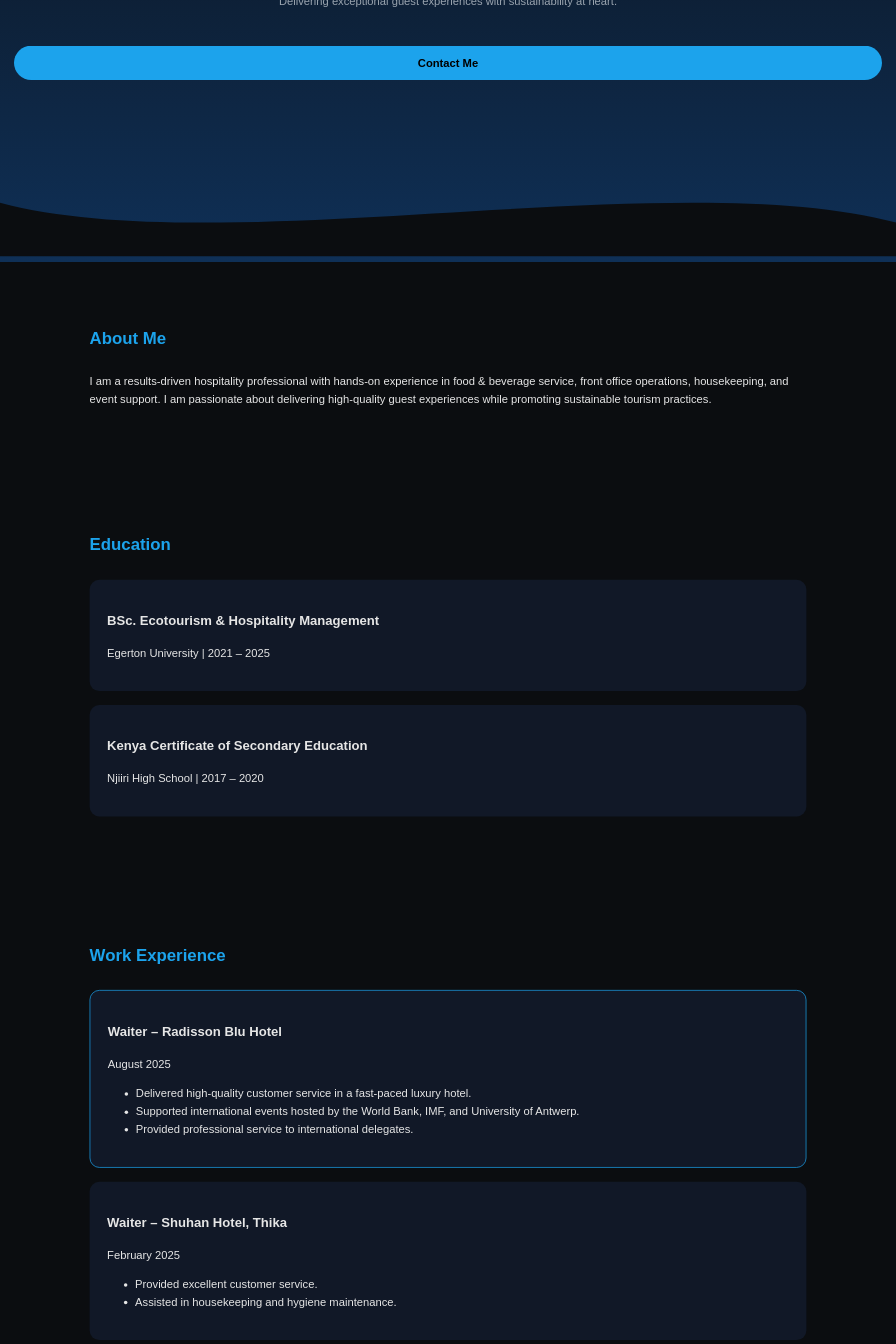
Repository: ladygit-comits/Solomon_Portfolio
Page: index.html
An editor plug-in stored every save of this project. The page is shown before and after the next save, followed by the edit.
The browser window is 1280 px wide. The pictures show the part of the page from y = 536 to 2456 px (the page is 4398 px tall before and 4358 px after), at 70% of full size.

Above is the page before, as saved 2025-12-31 13:43:23.

### index.html
<!DOCTYPE html>
<html lang="en">
<head>
  <meta charset="UTF-8">
  <title>Solomon Njiiri Kung’u | Hospitality Management</title>
  <link rel="icon" href="images/solomon-favicon.png" type="image/png">
  <link rel="apple-touch-icon" sizes="180x180" href="images/solomon-favicon.png">
  <link rel="stylesheet" href="style.css">
</head>
<body>
<!-- NAVBAR -->
<header class="navbar">
  <div class="logo">
    <img src="images/solomon-favicon.png" alt="Solomon Logo" class="logo-img">
    Solomon Njiiri Kung’u
  </div>
  <nav>
    <a href="#about">About</a>
    <a href="#education">Education</a>
    <a href="#experience">Experience</a>
    <a href="#skills">Skills</a>
    <a href="#volunteering">Volunteering</a>
    <a href="#contact">Contact</a>
  </nav>
</header>

 <section class="hero">
  <h1>Solomon Njiiri Kung’u</h1>
  <p class="subtitle">Ecotourism & Hospitality Management Graduate</p>
  <p class="tagline">
    Delivering exceptional guest experiences with sustainability at heart.
  </p>
  <a href="#contact" class="btn">Contact Me</a>

  <!-- SVG Wave at the bottom -->
  <svg class="hero-wave" viewBox="0 0 1440 150" xmlns="http://www.w3.org/2000/svg">
    <path fill="#0B0D10" d="M0,64 C360,160 1080,0 1440,96 L1440,150 L0,150 Z"></path>
  </svg>
</section>


  <!-- ABOUT -->
  <section id="about" class="section">
    <h2>About Me</h2>
    <p>
      I am a results-driven hospitality professional with hands-on experience in
      food & beverage service, front office operations, housekeeping, and event support.
      I am passionate about delivering high-quality guest experiences while promoting
      sustainable tourism practices.
    </p>
  </section>

  <!-- EDUCATION -->
  <section id="education" class="section">
    <h2>Education</h2>
    <div class="card">
      <h3>BSc. Ecotourism & Hospitality Management</h3>
      <p>Egerton University | 2021 – 2025</p>
    </div>
    <div class="card">
      <h3>Kenya Certificate of Secondary Education</h3>
      <p>Njiiri High School | 2017 – 2020</p>
    </div>
  </section>

  <!-- EXPERIENCE -->
  <section id="experience" class="section">
    <h2>Work Experience</h2>

    <div class="card highlight">
      <h3>Waiter – Radisson Blu Hotel</h3>
      <p>August 2025</p>
      <ul>
        <li>Delivered high-quality customer service in a fast-paced luxury hotel.</li>
        <li>Supported international events hosted by the World Bank, IMF, and University of Antwerp.</li>
        <li>Provided professional service to international delegates.</li>
      </ul>
    </div>

    <div class="card">
      <h3>Waiter – Shuhan Hotel, Thika</h3>
      <p>February 2025</p>
      <ul>
        <li>Provided excellent customer service.</li>
        <li>Assisted in housekeeping and hygiene maintenance.</li>
      </ul>
    </div>

    <div class="card">
      <h3>Intern – Hotel Operations</h3>
      <p>May 2024 – August 2024</p>
      <ul>
        <li>Housekeeping & guestroom standards.</li>
        <li>Front office check-ins and reservations.</li>
        <li>Kitchen stewarding and hygiene.</li>
        <li>Food & beverage service.</li>
      </ul>
    </div>
  </section>

  <!-- SKILLS -->
 <section id="skills" class="section">
  <h2>Key Skills</h2>
  <div class="skills">
    <div class="skill">
      <span>Customer Service</span>
      <div class="skill-bar"><div class="skill-fill" style="width: 90%;"></div></div>
    </div>
    <div class="skill">
      <span>Food & Beverage Service</span>
      <div class="skill-bar"><div class="skill-fill" style="width: 85%;"></div></div>
    </div>
    <div class="skill">
      <span>Front Office Operations</span>
      <div class="skill-bar"><div class="skill-fill" style="width: 80%;"></div></div>
    </div>
    <div class="skill">
      <span>Housekeeping Standards</span>
      <div class="skill-bar"><div class="skill-fill" style="width: 85%;"></div></div>
    </div>
    <div class="skill">
      <span>Event Support</span>
      <div class="skill-bar"><div class="skill-fill" style="width: 80%;"></div></div>
    </div>
    <div class="skill">
      <span>Sustainable Tourism</span>
      <div class="skill-bar"><div class="skill-fill" style="width: 75%;"></div></div>
    </div>
  </div>
</section>


  <!-- VOLUNTEERING -->
  <section id="volunteering" class="section">
    <h2>Volunteering</h2>
    <div class="card">
      <h3>Volunteer – KSPCA (Dogtober Festival)</h3>
      <p>October 2024</p>
      <ul>
        <li>Welcomed guests and provided event guidance.</li>
        <li>Assisted with pet handling and guest engagement.</li>
      </ul>
    </div>
  </section>

  <!-- CONTACT -->
  <section class="section contact" id="contact">
    <h2>Contact</h2>
    <p>Email: <a href="mailto:kungunjiiri@gmail.com">kungunjiiri@gmail.com</a></p>
    <p>Phone: 0112619291</p>
  </section>
<script src="script.js"></script>
<button id="scrollTopBtn" title="Go to top">
  <svg xmlns="http://www.w3.org/2000/svg" viewBox="0 0 24 24" width="24" height="24" fill="none" stroke="#000" stroke-width="2" stroke-linecap="round" stroke-linejoin="round">
    <line x1="12" y1="19" x2="12" y2="5"/>
    <polyline points="5 12 12 5 19 12"/>
  </svg>
</button>


</body>
</html>

### style.css
:root {
  --black: #0B0D10;
  --dark-blue: #0F3057;
  --accent-blue: #1CA3EC;
  --text-light: #E6E6E6;
  --muted-gray: #9AA4AF;
}

body {
  margin: 0;
  font-family: "Poppins", sans-serif;
  background: var(--black);
  color: var(--text-light);
  line-height: 1.6;
}
.hero {
  position: relative;
  min-height: 100vh;
  padding: 80px 20px 40px; /* smaller bottom padding for wave */
  text-align: center;
  background: linear-gradient(180deg, #0B0D10, #0F3057);
  display: flex;
  flex-direction: column;
  justify-content: center;
  color: var(--text-light);
}

.hero-wave {
  position: absolute;
  bottom: 0;
  left: 0;
  width: 100%;
  height: 150px;
}


.subtitle {
  color: var(--accent-blue);
  font-weight: 500;
}

.tagline {
  max-width: 600px;
  margin: 20px auto;
  color: var(--muted-gray);
}

.btn {
  display: inline-block;
  margin-top: 30px;
  padding: 12px 28px;
  background: var(--accent-blue);
  color: #000;
  text-decoration: none;
  border-radius: 30px;
  font-weight: 600;
}

.section {
  padding: 70px 10%;
}

.section h2 {
  color: var(--accent-blue);
  margin-bottom: 30px;
}

.card {
  background: #111827;
  padding: 25px;
  border-radius: 14px;
  margin-bottom: 20px;
  transition: transform 0.3s ease, box-shadow 0.3s ease;
}

.card.highlight {
  border: 1px solid var(--accent-blue);
}

.skills span {
  display: inline-block;
  background: #1f2933;
  padding: 10px 16px;
  margin: 8px;
  border-radius: 20px;
  font-size: 0.9rem;
}

.contact a {
  color: var(--accent-blue);
  text-decoration: none;
}

.hero h1, .subtitle, .tagline, .btn {
  transform: translateY(20px);
  opacity: 0;
}

.btn:hover {
  box-shadow: 0 0 20px var(--accent-blue), 0 0 40px var(--accent-blue);
  transform: translateY(-3px);
}

.navbar {
  position: sticky;
  top: 0;
  display: flex;
  justify-content: space-between;
  align-items: center;
  padding: 15px 10%;
  background: rgba(11,13,16,0.95);
  z-index: 1000;
}

.navbar .logo {
  font-weight: 700;
  color: var(--accent-blue);
}

.navbar nav a {
  color: var(--text-light);
  margin-left: 25px;
  text-decoration: none;
  font-weight: 500;
  transition: color 0.3s;
}

.navbar nav a:hover {
  color: var(--accent-blue);
}
#scrollTopBtn {
  position: fixed;
  bottom: 30px;
  right: 30px;
  width: 50px;
  height: 50px;
  border: none;
  border-radius: 50%;
  background-color: var(--accent-blue);
  cursor: pointer;
  display: none;
  align-items: center;
  justify-content: center;
  z-index: 1000;
  box-shadow: 0 4px 12px rgba(28,163,236,0.4);
  transition: transform 0.3s, opacity 0.3s;
  padding: 0;
}

#scrollTopBtn svg {
  width: 24px;
  height: 24px;
  stroke: #000;
}

#scrollTopBtn:hover {
  transform: translateY(-3px);
  opacity: 0.8;
}

.typewriter {
  overflow: hidden;
  border-right: 2px solid var(--accent-blue);
  white-space: nowrap;
  margin: 0 auto;
  letter-spacing: 2px;
  animation: typing 4s steps(60, end), blink 0.7s infinite;
}

@keyframes typing {
  from { width: 0; }
  to { width: 100%; }
}

@keyframes blink {
  50% { border-color: transparent; }
}

.hero::before {
  content: '';
  position: absolute;
  width: 150px;
  height: 150px;
  background: var(--accent-blue);
  border-radius: 50%;
  top: 50px;
  left: 20%;
  opacity: 0.15;
  animation: float 6s ease-in-out infinite alternate;
}

.hero::after {
  content: '';
  position: absolute;
  width: 120px;
  height: 120px;
  background: var(--accent-blue);
  border-radius: 50%;
  top: 200px;
  right: 15%;
  opacity: 0.12;
  animation: float 8s ease-in-out infinite alternate-reverse;
}

@keyframes float {
  0% { transform: translateY(0) translateX(0); }
  50% { transform: translateY(-20px) translateX(15px); }
  100% { transform: translateY(0) translateX(0); }
}
.skills .skill {
  margin-bottom: 15px;
}

.skill-bar {
  background: #1f2933;
  border-radius: 20px;
  overflow: hidden;
  height: 12px;
  margin-top: 5px;
}

.skill-fill {
  background: var(--accent-blue);
  height: 100%;
  width: 0;
  border-radius: 20px;
  transition: width 2s ease-in-out;
}

/* shimmer CTA button */
.btn {
  position: relative;
  overflow: hidden;
}

.btn::after {
  content: '';
  position: absolute;
  top: 0;
  left: -75%;
  width: 50%;
  height: 100%;
  background: linear-gradient(120deg, rgba(255,255,255,0.2), rgba(255,255,255,0.5), rgba(255,255,255,0.2));
  transform: skewX(-25deg);
  transition: all 0.7s;
}

.btn:hover::after {
  left: 125%;
}
.navbar .logo {
  display: flex;
  align-items: center;
  font-weight: 700;
  color: var(--accent-blue);
}

.navbar .logo-img {
  width: 40px;
  height: 40px;
  margin-right: 10px;
}

### script.js
document.addEventListener('DOMContentLoaded', function() {
  const heroElements = document.querySelectorAll('.hero h1, .subtitle, .tagline, .btn');
  heroElements.forEach((el, i) => {
    el.style.opacity = 0;
    setTimeout(() => {
      el.style.transition = 'opacity 1s ease-out, transform 1s ease-out';
      el.style.opacity = 1;
      el.style.transform = 'translateY(0)';
    }, i * 300);
  });

  const cards = document.querySelectorAll('.card');
  cards.forEach(card => {
    card.addEventListener('mouseenter', () => {
      card.style.transform = 'translateY(-10px)';
      card.style.boxShadow = '0 15px 30px rgba(28,163,236,0.3)';
    });
    card.addEventListener('mouseleave', () => {
      card.style.transform = 'translateY(0)';
      card.style.boxShadow = 'none';
    });
  });

  const links = document.querySelectorAll('a[href^="#"]');
  links.forEach(link => {
    link.addEventListener('click', function(e) {
      e.preventDefault();
      document.querySelector(this.getAttribute('href')).scrollIntoView({behavior: 'smooth'});
    });
  });

  const scrollBtn = document.getElementById('scrollTopBtn');
  window.onscroll = function() {
    if (document.body.scrollTop > 300 || document.documentElement.scrollTop > 300) {
      scrollBtn.style.display = "block";
    } else {
      scrollBtn.style.display = "none";
    }
  };
  scrollBtn.addEventListener('click', function() {
    window.scrollTo({top: 0, behavior: 'smooth'});
  });

  const tagline = document.querySelector('.tagline');
  const text = tagline.textContent;
  tagline.textContent = '';
  let i = 0;
  function typeWriter() {
    if (i < text.length) {
      tagline.textContent += text.charAt(i);
      i++;
      setTimeout(typeWriter, 50);
    }
  }
  typeWriter();
});
const skillFills = document.querySelectorAll('.skill-fill');

function animateSkills() {
  const triggerBottom = window.innerHeight - 100;
  skillFills.forEach(skill => {
    const skillTop = skill.getBoundingClientRect().top;
    if(skillTop < triggerBottom) {
      skill.style.width = skill.getAttribute('style').replace('width: ', '');
    }
  });
}

window.addEventListener('scroll', animateSkills);
window.addEventListener('load', animateSkills);

After the next save:
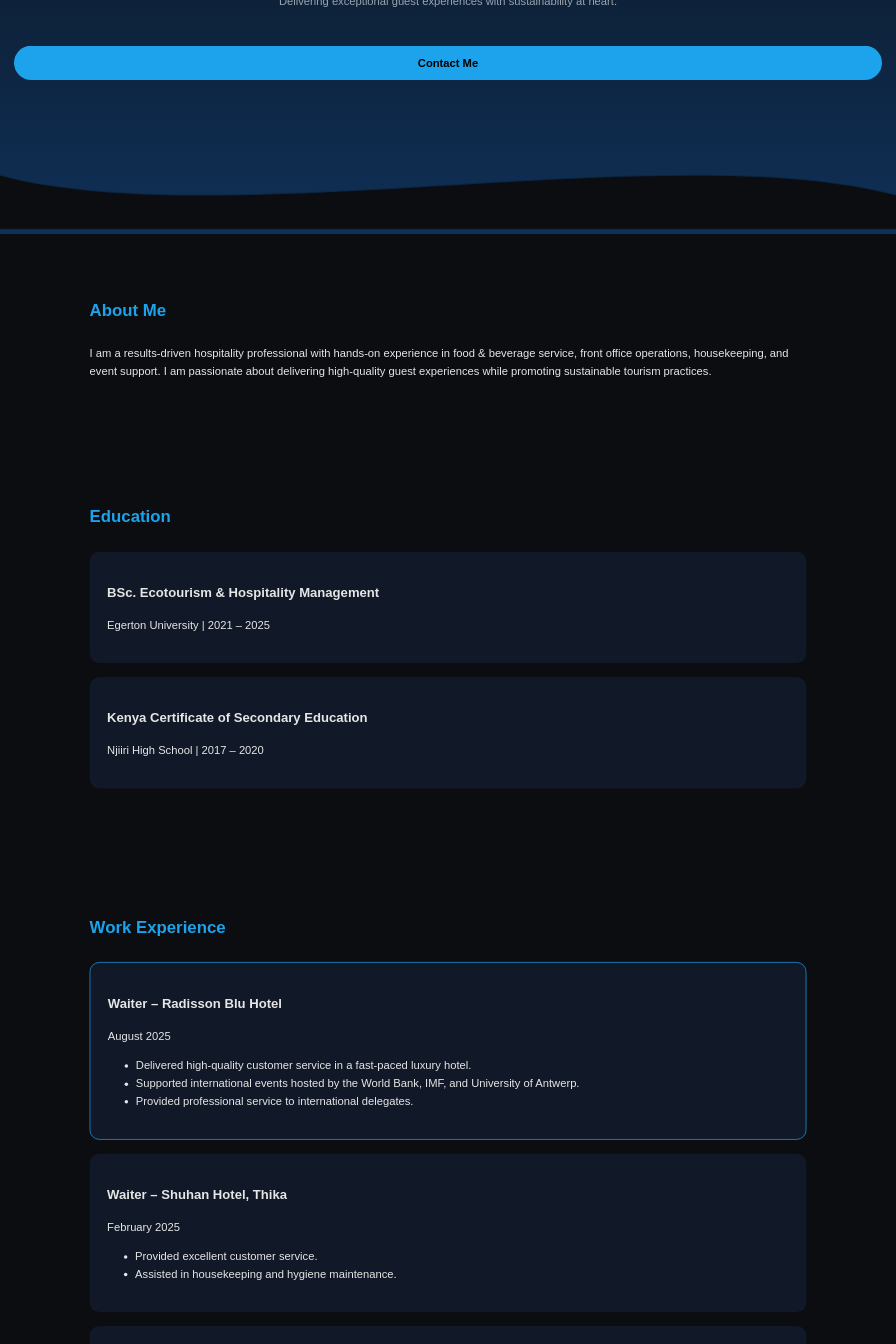
Saved 81 s later.
--- a/style.css
+++ b/style.css
@@ -16,22 +16,24 @@ body {
 .hero {
   position: relative;
   min-height: 100vh;
-  padding: 80px 20px 40px; /* smaller bottom padding for wave */
+  padding: 80px 20px 0; /* remove bottom padding */
   text-align: center;
   background: linear-gradient(180deg, #0B0D10, #0F3057);
   display: flex;
   flex-direction: column;
   justify-content: center;
   color: var(--text-light);
+  overflow: hidden; /* ensures SVG doesn’t create scroll gap */
 }
 
 .hero-wave {
   position: absolute;
-  bottom: 0;
+  bottom: -1px; /* slightly overlap to remove gap */
   left: 0;
   width: 100%;
   height: 150px;
 }
+
 
 
 .subtitle {
